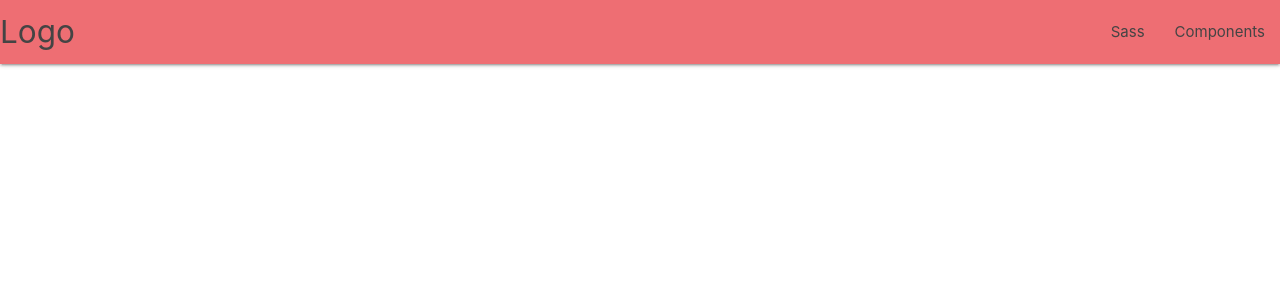
Repository: Madhav-77/Deli-Food
Page: http://localhost/menu.php
An editor plug-in stored every save of this project. The page is shown before and after the next save, followed by the edit.
The browser window is 1280 px wide. The pictures show the whole page.
The page is run by PHP 8.4 with error messages shown; the project is at /var/www/html/.

Above is the page before, as saved 2019-11-22 16:44:02.

After the next save:
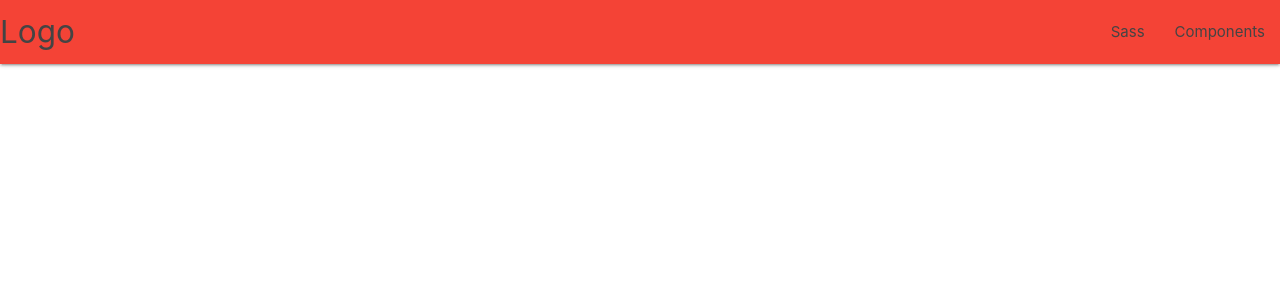
Saved 20 s later.
--- a/menu.php
+++ b/menu.php
@@ -14,7 +14,7 @@
 
 <body>
 <div class="navbar-fixed">
-    <nav>
+    <nav style="background-color: #F44336;">
       <div class="nav-wrapper">
         <a href="#!" class="brand-logo">Logo</a>
         <ul class="right hide-on-med-and-down">
